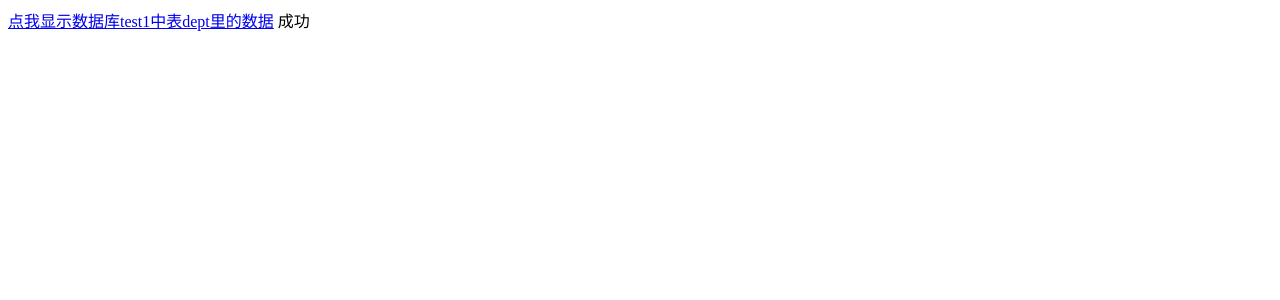
Repository: guirui-li/StudyJavaWeb
Page: http://localhost/JavawebTest/test1.jsp
The author's editor kept a copy of each file at every save. The page is drawn from the files as they stood at one save, then again after the next save.
The browser window is 1280 px wide. The pictures show the whole page.
The page is served by Tomcat 9.

Above is the page before, as saved 2019-04-28 12:16:42.

After the next save:
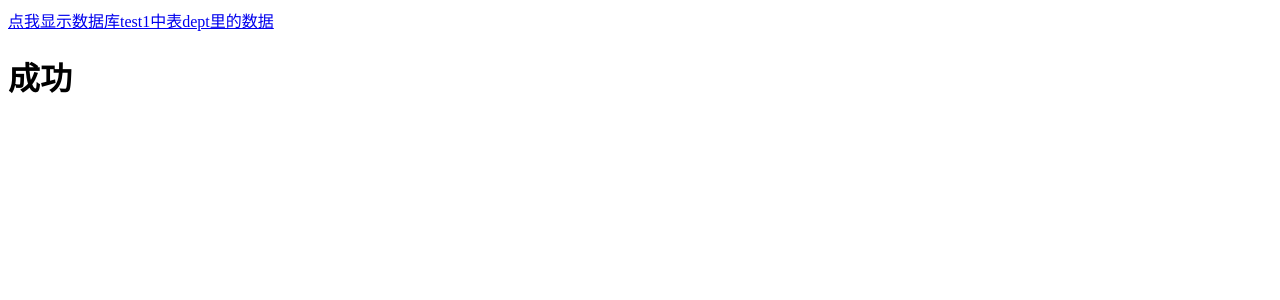
Saved 63 s later.
--- a/JavawebTest/WebContent/test1.jsp
+++ b/JavawebTest/WebContent/test1.jsp
@@ -19,7 +19,9 @@
 			String psw="123456";
 			Connection conn=DriverManager.getConnection(url, username, psw);
 			if(conn!=null){
-				out.println("成功");
+	%>
+			<h1>成功</h1>
+	<%
 				conn.close();
 			}else{
 				out.println("失败");
